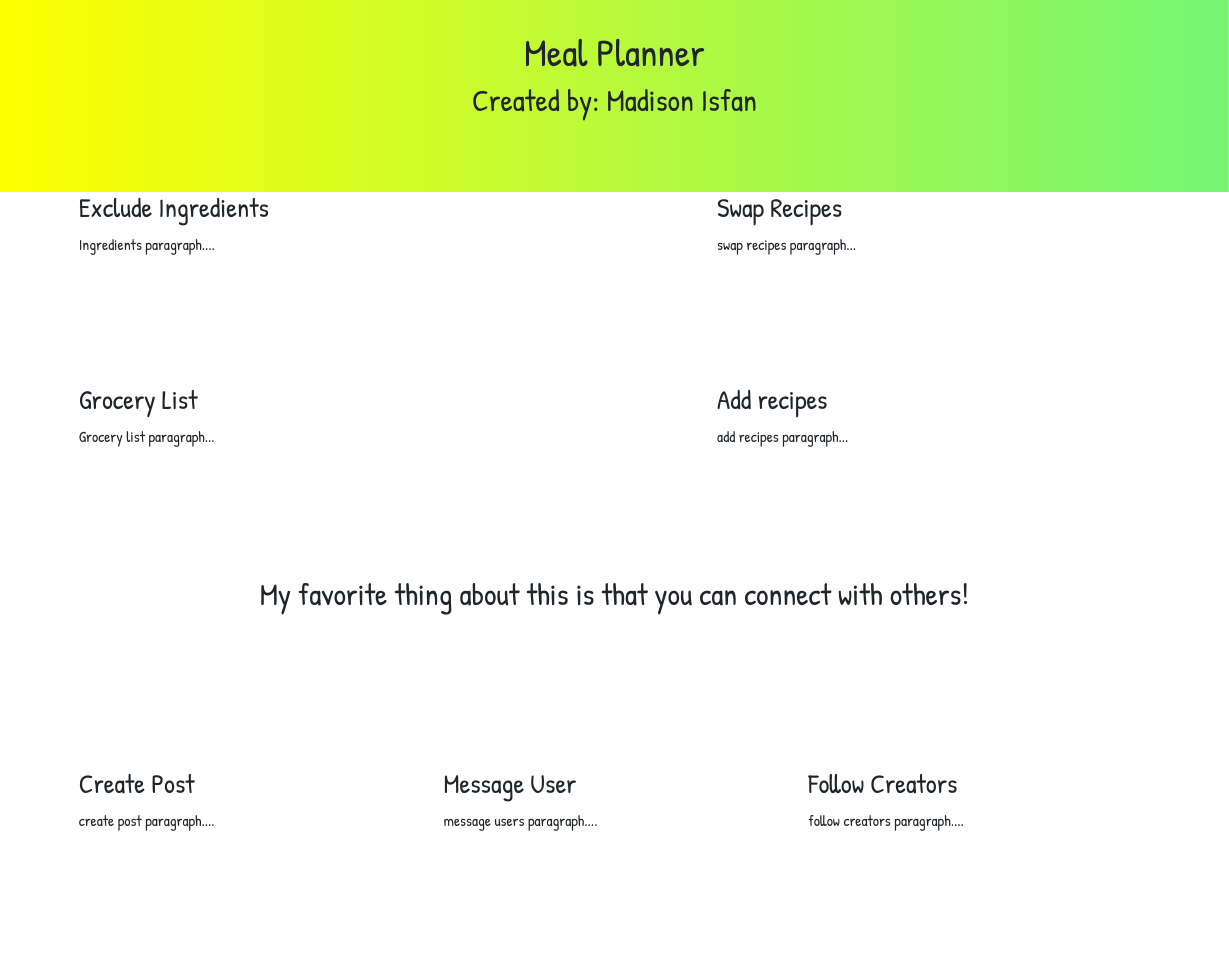
Repository: madisonisfan/Meal-Planner
Page: index.html
The author's editor kept a copy of each file at every save. The page is drawn from the files as they stood at one save, then again after the next save.
The browser window is 1280 px wide. The pictures show the whole page, at 96% of full size.
Some web libraries are served in a nearby version.

Above is the page before, as saved 2021-02-17 17:10:44.

### index.html
<!DOCTYPE html>
<head>

    <meta charset="utf-8"/>
    <meta name="viewport" content="width=device-width, initial-scale=1"/>

    <link rel="stylesheet" href="node_modules/bootstrap/dist/css/bootstrap.min.css" />

    <link rel="stylesheet" href="https://fonts.googleapis.com/css?family=Indie+Flower|Patrick+Hand" />
    <link rel="stylesheet" href="css/styles.css"/>
    <title> Meal Planner </title>
</head>

<body>

    <header class="jumbotron">
        <div class="container">
            <div class="row row-content  justify-content-center">
                <div class="col text-center saling-self">
                    <h1>Meal Planner</h1>
                    <h2>Created by: Madison Isfan</h2>
                </div>
            </div>
        </div>

    </header>

    <div class="container ">
        <div class="row row-content justify-content-between">
            <div class="col-5">
                <h3>Exclude Ingredients</h3>
                <p>Ingredients paragraph....</p>
            </div>
            <div class="col-5">
                <h3>Swap Recipes</h3>
                <p>swap recipes paragraph...</p>
            </div>
        </div>

        <div class="row row-content justify-content-between">
            <div class="col-5">
                <h3>Grocery List</h3>
                <p>Grocery list paragraph...</p>
            </div>
            <div class="col-5">
                <h3>Add recipes</h3>
                <p>add recipes paragraph...</p>
            </div>
        </div>

    </div> <!--End of container-->

    <div class="container">
        <div class="row row-content align-items-start">
            <div class="col ">
                <h2 class=" extra-header text-center">My favorite thing about this is that you can connect with others!</h2>
            </div>
        </div>
        <div class="row row-content align-items-start" >
            <div class="col">
                <h3>Create Post</h3>
                <p>create post paragraph....</p>

            </div>
            <div class="col">
                <h3>Message User</h3>
                <p>message users paragraph....</p>
            </div>
            <div class="col">
                <h3>Follow Creators</h3>
                <p>follow creators paragraph....</p>
            </div>

        </div>

    </div>


    <script src="node_modules/jquery/dist/jquery.slim.min.js"></script>
    <script src="node_modules/popper.js/dist/umd/popper.min.js"></script>
    <script src="node_modules/bootstrap/dist/js/bootstrap.min.js"></script>
</body>


</html>

### css/styles.css
header {
  height: 200px;
}
body {
  font-family: "Patrick Hand";
}

.row-content {
  min-height: 200px;
}

.jumbotron {
  padding: 30px;
  background-image: linear-gradient(to right, yellow, rgb(116, 245, 116));
}

.extra-header {
  margin-bottom: 50px;
}

After the next save:
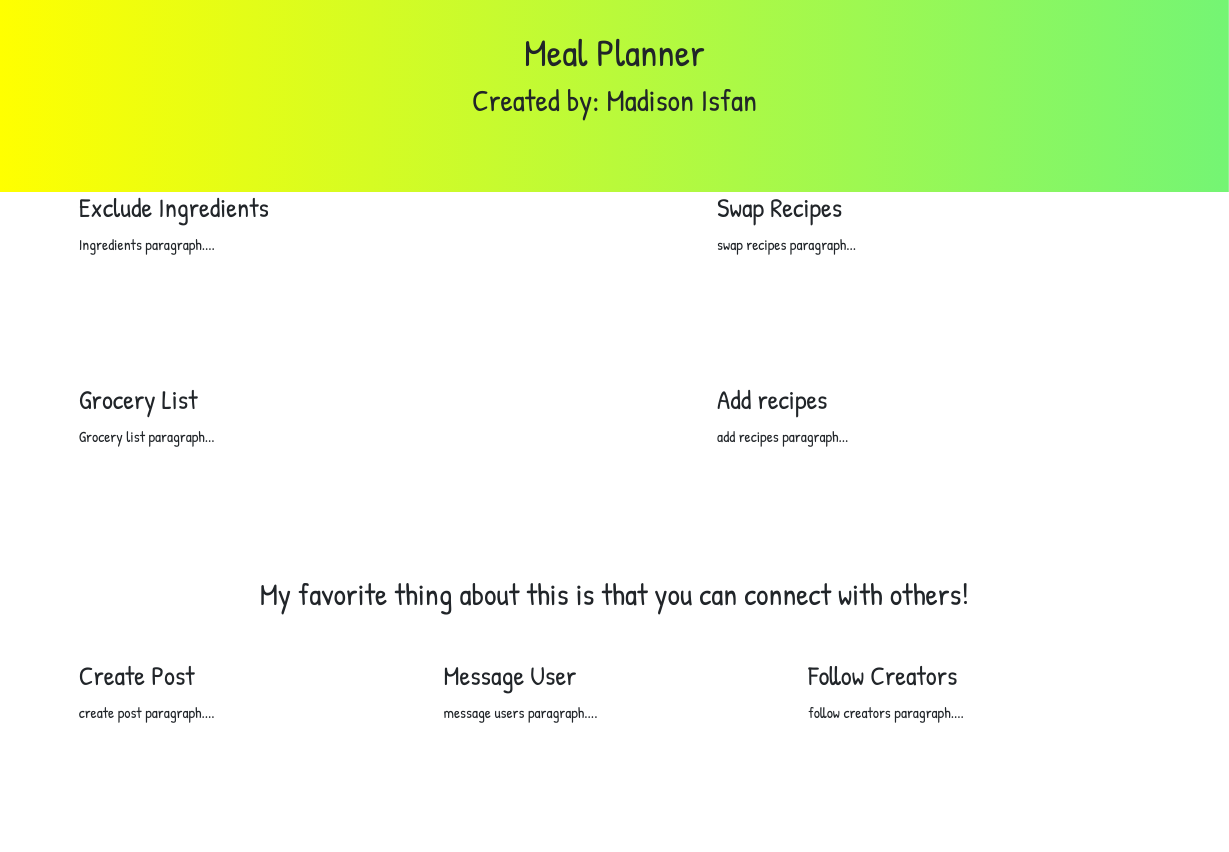
Saved 103 s later.
--- a/index.html
+++ b/index.html
@@ -51,7 +51,7 @@
     </div> <!--End of container-->
 
     <div class="container">
-        <div class="row row-content align-items-start">
+        <div class="row align-items-start">
             <div class="col ">
                 <h2 class=" extra-header text-center">My favorite thing about this is that you can connect with others!</h2>
             </div>
